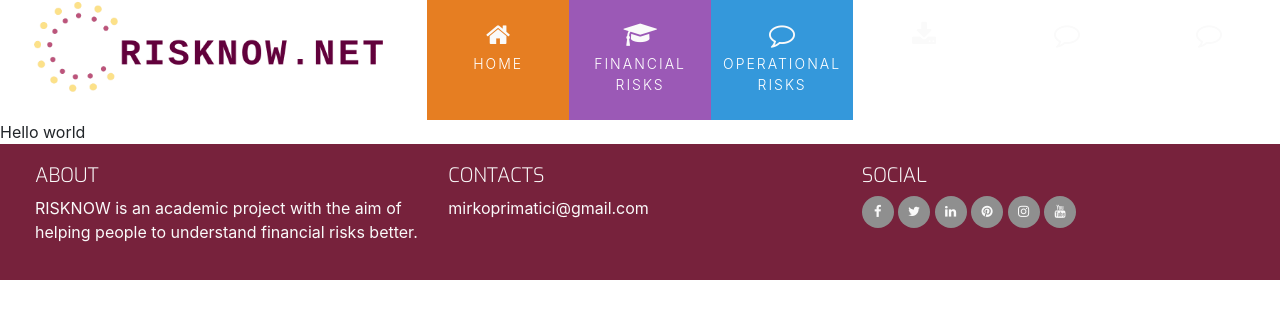
Repository: mirkoprimaticix/risknow.net
Page: index.html
The author's editor kept a record of every edit. The page is drawn from the files as they stood at one moment, then again after the next edit.
The browser window is 1280 px wide. The pictures show the whole page.
Some web libraries are served in a nearby version.

Above is the page before.
Console error: TypeError: Cannot read properties of undefined (reading 'fn')

### index.html
<!DOCTYPE html>
<html lang="en">
<head>
    <meta charset="UTF-8">
    <meta name="viewport" content="width=device-width, initial-scale=1.0">
    <meta http-equiv="X-UA-Compatible" content="ie=edge">
    <link rel="stylesheet" href="https://stackpath.bootstrapcdn.com/bootstrap/4.3.1/css/bootstrap.min.css" integrity="sha384-ggOyR0iXCbMQv3Xipma34MD+dH/1fQ784/j6cY/iJTQUOhcWr7x9JvoRxT2MZw1T" crossorigin="anonymous">
    <script src="https://stackpath.bootstrapcdn.com/bootstrap/4.3.1/js/bootstrap.min.js" integrity="sha384-JjSmVgyd0p3pXB1rRibZUAYoIIy6OrQ6VrjIEaFf/nJGzIxFDsf4x0xIM+B07jRM" crossorigin="anonymous"></script>
    <link rel="stylesheet" href="https://stackpath.bootstrapcdn.com/font-awesome/4.7.0/css/font-awesome.min.css" type="text/css" />
    <link rel="stylesheet" href="https://cdnjs.cloudflare.com/ajax/libs/hover.css/2.1.1/css/hover-min.css" type="text/css" />
    <link rel="stylesheet" href="assets/css/style.css" type="text/css" />
    <title>RISKNOW</title>
</head>
<body>
    <header>
        <div class = "row no-gutters">
            <a href="index.html" class = "col-md-4 logo">

            </a>
            <div class="col-md-8">
                <div class="row no-gutters">
                    <div class="col">
                        <ul id="nav" class="list-inline menucontainer">
                            <li class="col-6 col-sm-2 list-inline-item ui-menu-color-home menuitem">
                                <a href="index.html" class="hvr-sweep-to-bottom"><i class="fa fa-home" aria-hidden="true"></i><span>Home</span></a>
                            </li>
                            <li class="col-6 col-sm-2 list-inline-item ui-menu-color-fr menuitem">
                                <a href="resume.html" class="hvr-sweep-to-bottom"><i class="fa fa-graduation-cap" aria-hidden="true"></i><span>Financial Risks</span></a>
                            </li>
                            <li class="col-6 col-sm-2 list-inline-item ui-menu-color-or menuitem">
                                <a href="contact.html" class="hvr-sweep-to-bottom"><i class="fa fa-comment-o" aria-hidden="true"></i><span>Operational Risks</span></a>
                            </li>
                            <li class="col-6 col-sm-2 list-inline-item ui-menu-color-download menuitem">
                                <a href="assets/cv/cv-mirko.pdf" target="_blank" class="hvr-sweep-to-bottom"><i class="fa fa-download" aria-hidden="true"></i><span>Event Risks</span></a>
                            </li>
                            <li class="col-6 col-sm-2 list-inline-item ui-menu-color-contact menuitem">
                                <a href="contact.html" class="hvr-sweep-to-bottom"><i class="fa fa-comment-o" aria-hidden="true"></i><span>Market Risks</span></a>
                            </li>
                            <li class="col-6 col-sm-2 list-inline-item ui-menu-color-contact menuitem">
                                <a href="contact.html" class="hvr-sweep-to-bottom"><i class="fa fa-comment-o" aria-hidden="true"></i><span>Risk Tolerance</span></a>
                            </li>
                        </ul>
                    </div>
                </div>
            </div>
        </div>
    </header>

    <section>
        Hello world
    </section>



    <footer class="container-fluid">
        <div id="footer-details" class="row">
            <div class="col-sm-4">
                <h5 class="uppercase general-sub">About</h5>
                <p class="inline-block">
                    RISKNOW is an academic project with the aim of helping people to understand financial risks better.
                </p>
            </div>
            <div class="col-sm-4">
                <h5 class="uppercase general-sub">Contacts</h5>
                <p class="inline-block">
                    mirkoprimatici@gmail.com
                </p>
            </div>
            <div class="col-sm-4">
                <h5 class="uppercase general-sub">Social</h5>
                <ul class="list-inline social-links">
                    <li class="list-inline-item">
                        <a target="_blank" href="#">
                            <i class="fa fa-facebook" aria-hidden="true"></i>
                            <span class="sr-only">Facebook</span>
                        </a>
                    </li>
                    <li class="list-inline-item">
                        <a target="_blank" href="#">
                            <i class="fa fa-twitter" aria-hidden="true"></i>
                            <span class="sr-only">Twitter</span>
                        </a>
                    </li>
                    <li class="list-inline-item">
                        <a target="_blank" href="#">
                            <i class="fa fa-linkedin" aria-hidden="true"></i>
                            <span class="sr-only">LinkedIn</span>
                        </a>
                    </li>
                    <li class="list-inline-item">
                        <a target="_blank" href="#">
                            <i class="fa fa-pinterest" aria-hidden="true"></i>
                            <span class="sr-only">Pinterest</span>
                        </a>
                    </li>
                    <li class="list-inline-item">
                        <a target="_blank" href="#">
                            <i class="fa fa-instagram" aria-hidden="true"></i>
                            <span class="sr-only">Instagram</span>
                        </a>
                    </li>
                    <li class="list-inline-item">
                        <a target="_blank" href="#">
                            <i class="fa fa-youtube" aria-hidden="true"></i>
                            <span class="sr-only">YouTube</span>
                        </a>
                    </li>
                </ul>
            </div>
        </div>
    </footer>
</body>
</html>

### assets/css/style.css
@import url('https://fonts.googleapis.com/css?family=Roboto:100,200,300,400,500,600,700|Exo:100,200,300,400,500,600,700');

/*--------------------------------------------Colors*/

.bg-color-name-title {
    background-color: #676767;
}

.bg-color-three-reasons {
    background-color: #fff;
}

.bg-color-personal-info {
    background-color: #f4f4f4;
}

.bg-color-work-history {
    background-color: #9b59b6;
}

.bg-color-contact {
    background-color: #fff;
}

.ui-menu-color-home {
    background-color: #e67e22;
}

.ui-menu-color-fr {
    background-color: #9b59b6;
}

.ui-menu-color-or {
    background-color: #3498db;
}

.ui-menu-color-er {
    background-color: #56C780;
}

.ui-menu-color-mr {
    background-color: #EBE66B;
}

.ui-menu-color-rt {
    background-color: #525252;
}

.row-table {
    display: table;
}

.section-column {
    display: table-cell;
    padding: 0 30px 30px;
    float: none;
}

.section-heading {
    font-family: "Exo", sans-serif;
    font-weight: 300;
    margin-top: 25px;
    margin-bottom: 40px;
}

/* ----------------------------------------Special paddings/margins/text */

h1,
h2,
h3,
h4 {
    margin: 0;
}

.uppercase {
    text-transform: uppercase;
}

.general-sub {
    font-family: "Exo", sans-serif;
    font-weight: 300;
    color: #fafafa;
}

.inline-block {
    display: inline-block;
}

.row-table {
    display: table;
}

.section-column {
    display: table-cell;
    padding: 0 30px 30px;
    float: none;
}

.history-heading,
.section-heading {
    font-family: "Exo", sans-serif;
    font-weight: 300;
    margin-top: 25px;
    margin-bottom: 40px;
}

/*--------------------------------------------Heading*/

header {
    margin: 0;
}

.heading {
    margin-left: 50px;
}


.logo {
    background: url("../images/logo.png");
    background-position: center;
    background-repeat: no-repeat;
    background-size: cover;
    min-height: 120px;
    transition: all .5s ease-in-out;
    -moz-transition: all .5s ease-in-out;
    -webkit-transition: all .5s ease-in-out;
}

.name {
    font-family: "Exo", sans-serif;
    font-weight: 100;
    font-size: 46px;
    margin-top: 50px;
    color: #fff;
}

.title {
    font-family: "Roboto", sans-serif;
    font-weight: 200;
    font-size: 28px;
    margin-top: 20px;
    margin-bottom: 90px;
    color: #fff;
}

.list-inline-item:not(:last-child) {
    margin: 0;
}

.menucontainer {
    font-size: 0;
}

#nav li {
    font-size: 14px;
    padding: 0;
}

#nav {
    margin: 0;
}

.menuitem {
    height: 120px;
    text-align: center;
    padding: 0;
}

.menuitem a {
    width: 100%;
    text-decoration: none;
    color: #fff;
    height: 120px;
}

.menuitem a i {
    padding-top: 22px;
    display: block;
    color: #fafafa;
    font-size: 26px;
}

.menuitem span {
    display: block;
    width: 100%;
    padding-top: 5px;
    text-align: center;
    text-transform: uppercase;
    font-size: 14px;
    font-weight: 300;
    letter-spacing: 2px;
}

/*--------------------------------------------Hover.css*/

.hvr-sweep-to-bottom:before {
    background: rgba(0, 0, 0, 0.2);
    height: 120px;
}

/* ----------------------------------------Footer */

footer {
    background-color: #77223C;
    color: #fafafa;
    min-height: 120px;
    margin: 0;
}

.social-links {
    padding-bottom: 15px;
}

.social-links li a i {
    width: 32px;
    height: 32px;
    padding: 12px 0;
    border-radius: 50%;
    font-size: 13px;
    line-height: 7px;
    text-align: center;
    color: #fafafa;
    background: #8f8f8f;
    transition: all 0.35s ease-in-out;
    -moz-transition: all 0.35s ease-in-out;
    -webkit-transition: all 0.35s ease-in-out;
    -o-transition: all 0.35s ease-in-out;
}

.social-links li a i:hover {
    background: #A4FFFA;
}

#footer-details {
    padding: 20px;
}

/* ----------------------------------------Three Reasons */

.three-reasons-icon {
    font-size: 26px;
    color: #e67e22;
}

.three-reasons-heading {
    margin-bottom: 15px;
}

/* ----------------------------------------Personal Info */

.personal-info-item {
    margin-bottom: 20px;
    display: block;
    clear: both;
}

.personal-info-item .key,
.personal-info-item .value {
    padding-right: 8px;
    display: inline-block;
}

.personal-info-item .key p,
.personal-info-item .value p {
    margin: 0;
}

.personal-info-item .key {
    width: 30%;
    margin-right: 21px;
    padding-top: 2px;
    vertical-align: top;
}

.personal-info-item .key p {
    font-weight: 700;
}

.personal-info-item .value {
    position: relative;
    width: 60%;
}

/* ----------------------------------------Skills */

.progress {
    position: relative;
    height: 25px;
    margin-bottom: 4px;
}

.progress-type {
    position: absolute;
    left: 0px;
    font-weight: 400;
    padding: 3px 30px 2px 10px;
    color: #fafafa;
    background-color: rgba(25, 25, 25, 0.2);
}

.progress-section {
    margin: 40px 20px;
}

/* ----------------------------------------Work History */

.history-heading {
    color: #fafafa;
    margin-bottom: 50px;
}

.timeline-item {
    padding: 4em 2em 0em 2em;
    position: relative;
    color: #fafafa;
    border-left: 1px solid;
}

.timeline-item p {
    padding: 0;
    margin: 0;
}

.timeline-item:before {
    content: attr(data-dates);
    position: absolute;
    left: 2.5em;
    top: 3em;
    display: block;
    font-family: "Exo", sans-serif;
    font-weight: 500;
    font-size: 0.8em;
    padding: 0;
    margin: 0;
}

.timeline-item:after {
    width: 12px;
    height: 12px;
    display: block;
    top: 2.4em;
    position: absolute;
    left: -6px;
    border-radius: 12px;
    content: '';
    background: #fafafa;
}

.history-items {
    margin-bottom: 30px;
}

/* ----------------------------------------Contact Form */

.contact-heading {
    font-family: "Exo", sans-serif;
    font-weight: 300;
    margin-top: 25px;
    margin-bottom: 20px;
}

.center-form {
    padding-top: 10px;
    margin: 0 auto;
    max-width: 70%;
}

button[type="submit"] {
    margin-top: 15px;
    margin-bottom: 20px;
    color: #fafafa;
    background-color: #e84610;
}

/* ----------------------------------------Media Queries */

@media(min-width: 992px) {
    .center-form {
        padding-top: 30px;
        min-height: 240px;
        margin: 0 auto;
        max-width: 50%;
    }
}

After the next edit:
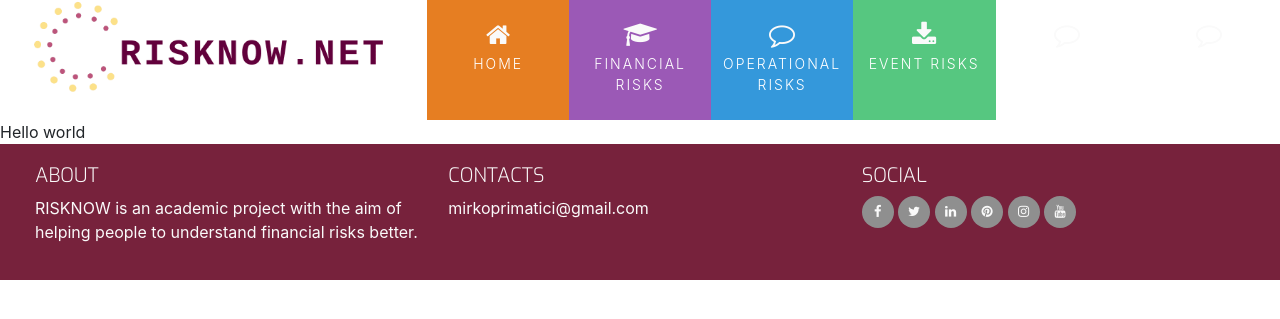
The edit:
--- a/index.html
+++ b/index.html
@@ -30,7 +30,7 @@
                             <li class="col-6 col-sm-2 list-inline-item ui-menu-color-or menuitem">
                                 <a href="contact.html" class="hvr-sweep-to-bottom"><i class="fa fa-comment-o" aria-hidden="true"></i><span>Operational Risks</span></a>
                             </li>
-                            <li class="col-6 col-sm-2 list-inline-item ui-menu-color-download menuitem">
+                            <li class="col-6 col-sm-2 list-inline-item ui-menu-color-er menuitem">
                                 <a href="assets/cv/cv-mirko.pdf" target="_blank" class="hvr-sweep-to-bottom"><i class="fa fa-download" aria-hidden="true"></i><span>Event Risks</span></a>
                             </li>
                             <li class="col-6 col-sm-2 list-inline-item ui-menu-color-contact menuitem">
